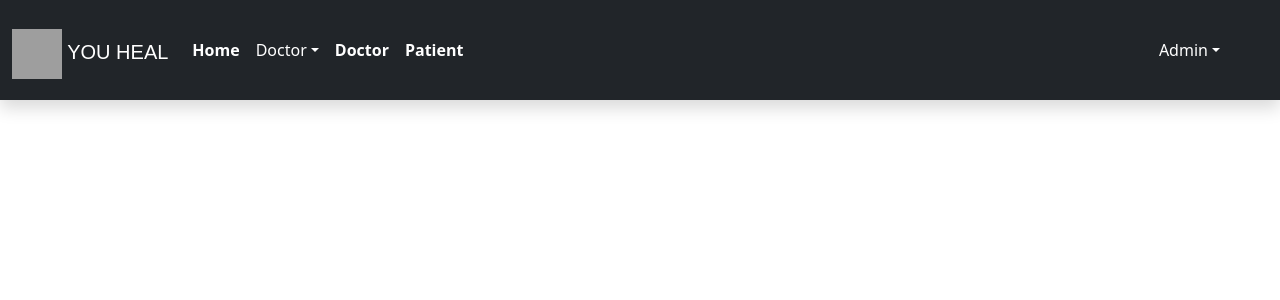
Repository: Akshatayadav/JavaProject
Page: http://localhost/YouHeal/admin/header.jsp
An editor plug-in stored every save of this project. The page is shown before and after the next save, followed by the edit.
The browser window is 1280 px wide. The pictures show the whole page.
Pictures or frames that could not be fetched are drawn as grey boxes. Some web libraries are served in a nearby version. The page is served by Tomcat 9.

Above is the page before, as saved 2023-04-17 16:25:57.

After the next save:
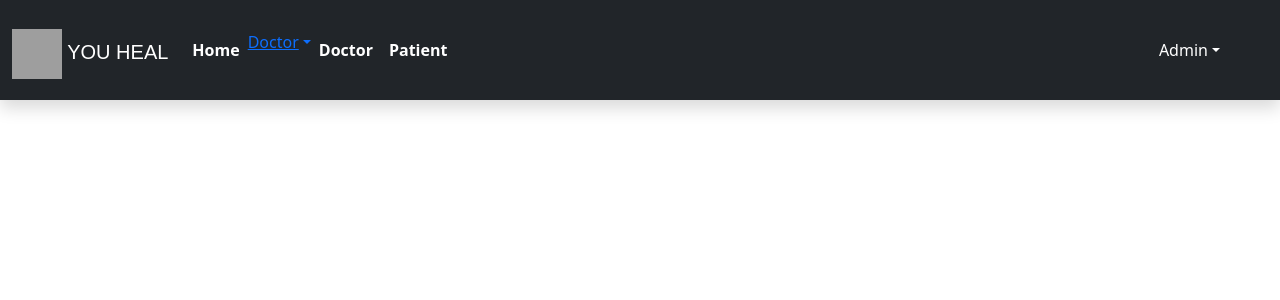
Saved 32 s later.
--- a/YouHeal/src/main/webapp/admin/header.jsp
+++ b/YouHeal/src/main/webapp/admin/header.jsp
@@ -46,7 +46,7 @@
         </li>
         <div class="btn-group">
 
-    		<a href="#" class="nav-link active dropdown-toggle mx-0" role="button" data-bs-toggle="dropdown">Doctor</a>
+    		<a href="#" class="nav-item active dropdown-toggle mx-0" role="button" data-bs-toggle="dropdown">Doctor</a>
                 <ul class="dropdown-menu">
                  <li>
                    <a href="../jsp/doctor.jsp" class="dropdown-item">Add Doctor</a>

After the save that followed:
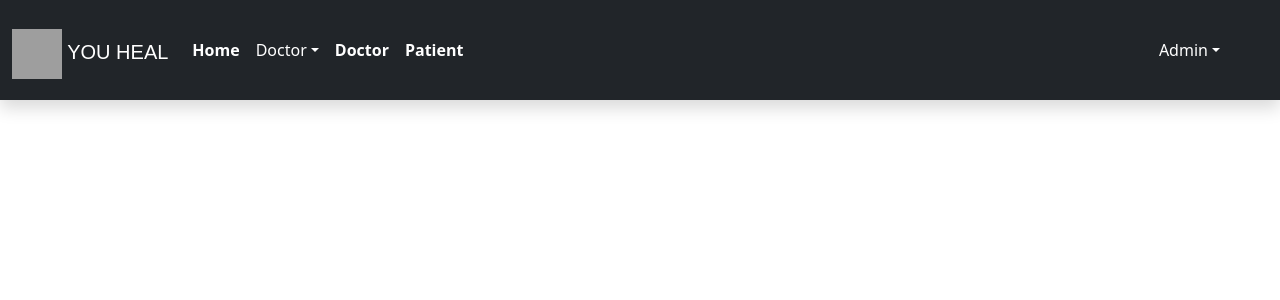
Saved 11 s later.
--- a/YouHeal/src/main/webapp/admin/header.jsp
+++ b/YouHeal/src/main/webapp/admin/header.jsp
@@ -46,7 +46,7 @@
         </li>
         <div class="btn-group">
 
-    		<a href="#" class="nav-item active dropdown-toggle mx-0" role="button" data-bs-toggle="dropdown">Doctor</a>
+    		<a href="#" class="nav-link active dropdown-toggle mx-0" role="button" data-bs-toggle="dropdown">Doctor</a>
                 <ul class="dropdown-menu">
                  <li>
                    <a href="../jsp/doctor.jsp" class="dropdown-item">Add Doctor</a>
